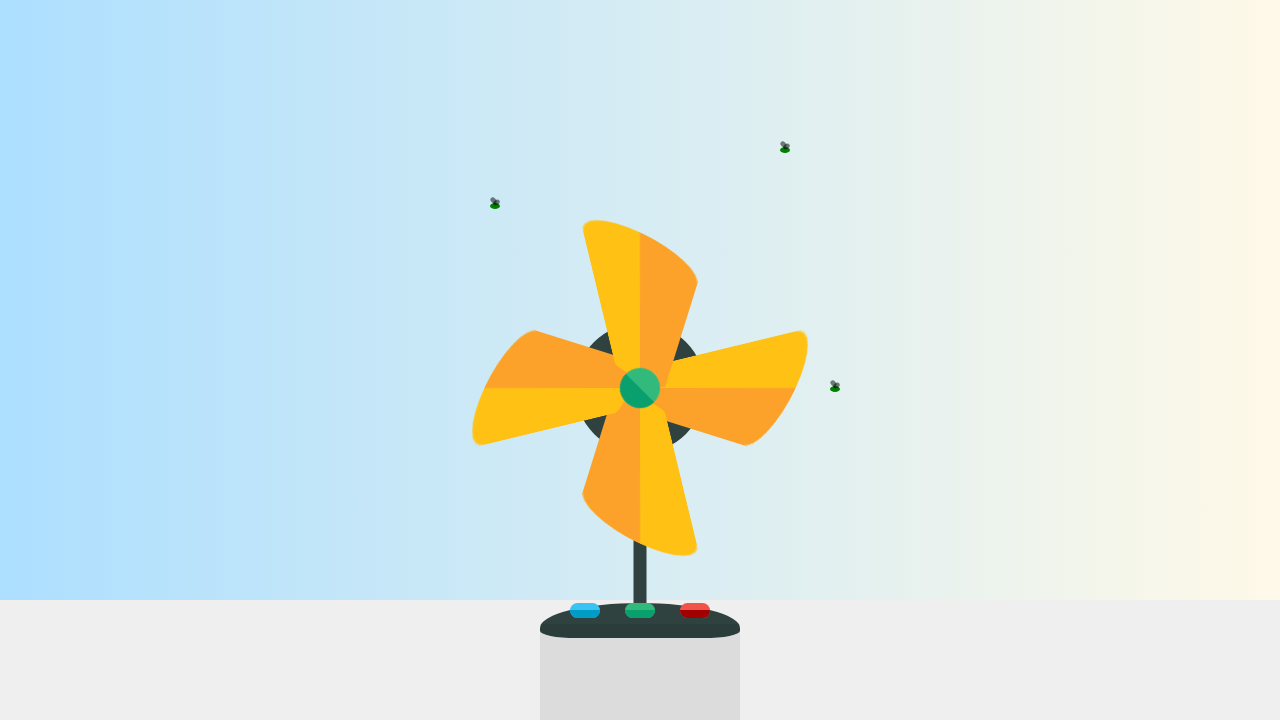
Repository: VuTuanAnh0949/CodeFan
Page: index.html
An editor plug-in stored every save of this project. The page is shown before and after the next save, followed by the edit.
The browser window is 1280 px wide. The pictures show the whole page.

Above is the page before, as saved 2022-06-21 14:34:34.

After the next save:
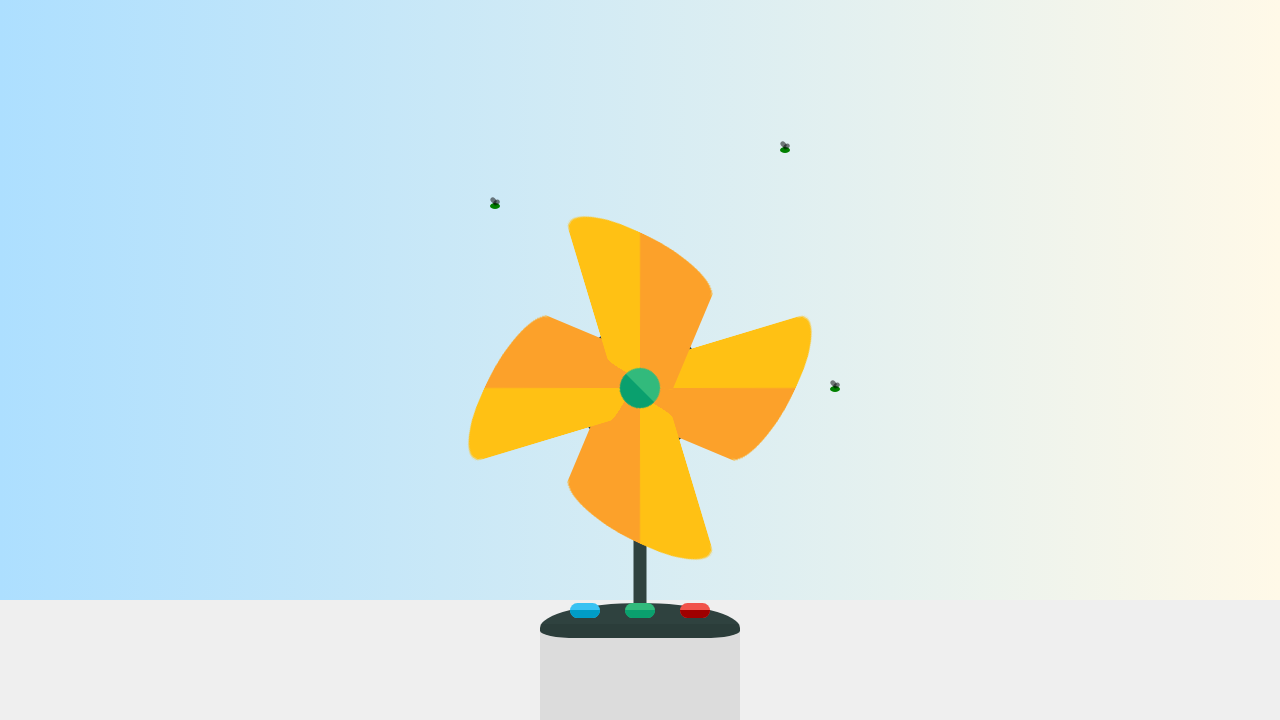
Saved 18 s later.
--- a/style.css
+++ b/style.css
@@ -300,7 +300,7 @@ span {
 
 .fan__blades .blade {
     position: absolute;
-    width: 70px;
+    width: 90px;
     height: 100%;
     left: 50%;
     transform: translateX(-50%) skewY(25deg);
